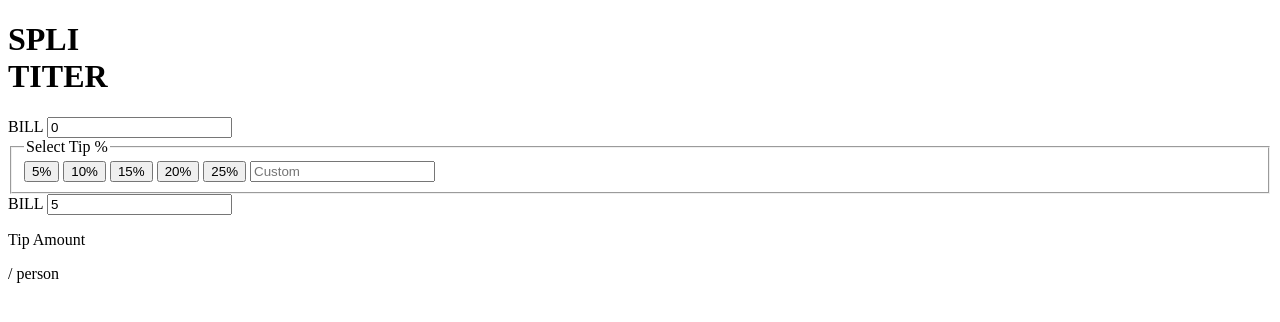
Repository: kellyjohanasalb/calduladora
Page: index.html
These files come from the project's save history. The page is drawn as it stood at one moment and after a run of saves; the edit follows.
The browser window is 1280 px wide. The pictures show the whole page.

Above is the page before, as saved 2023-08-16 12:45:01.

After the next 2 saves:
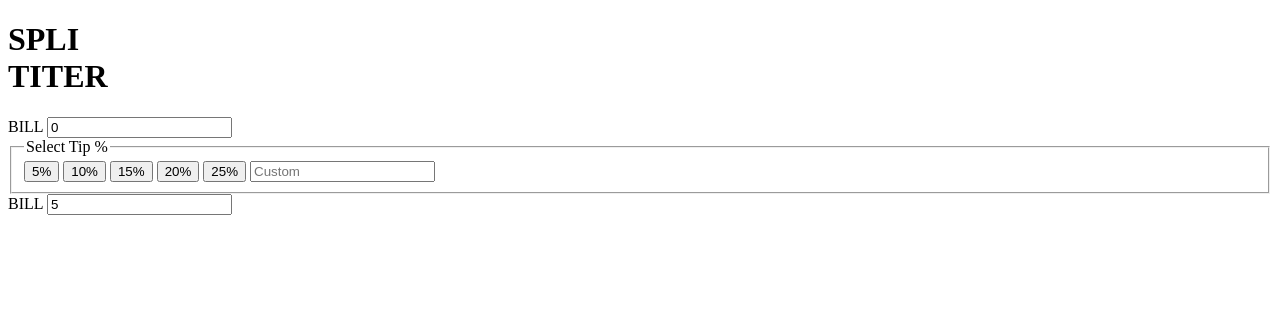
The 2 saves are shown as one change because they came seconds apart.
The last was saved 42 min 11 s later.
--- a/index.html
+++ b/index.html
@@ -29,8 +29,7 @@
             <input id="people"  class="inputs-section__bill-input" type="nukber"  value="5">
         </div>
         <div class="result-section">
-            <p>Tip Amount</p>
-            <p>/ person</p>
+           <div></div>
         </div>
     </section>
 </body>

After the save that followed:
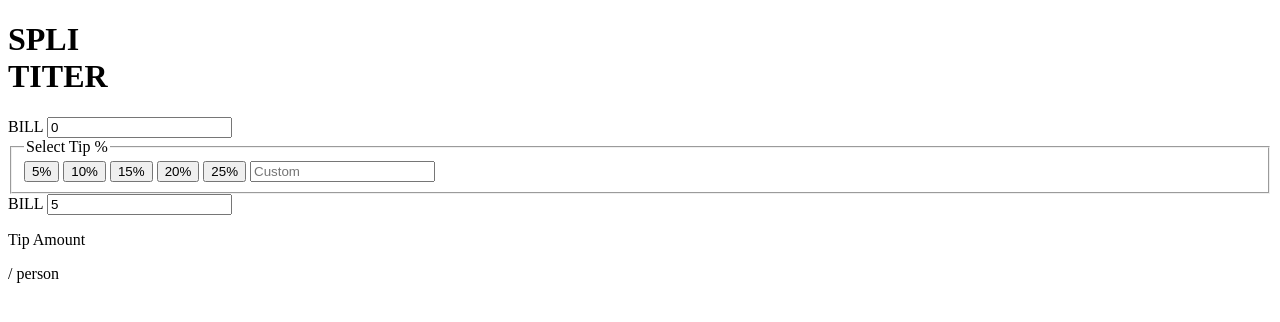
Saved 4 s later.
--- a/index.html
+++ b/index.html
@@ -29,7 +29,8 @@
             <input id="people"  class="inputs-section__bill-input" type="nukber"  value="5">
         </div>
         <div class="result-section">
-           <div></div>
+            <p>Tip Amount</p>
+            <p>/ person</p>
         </div>
     </section>
 </body>
